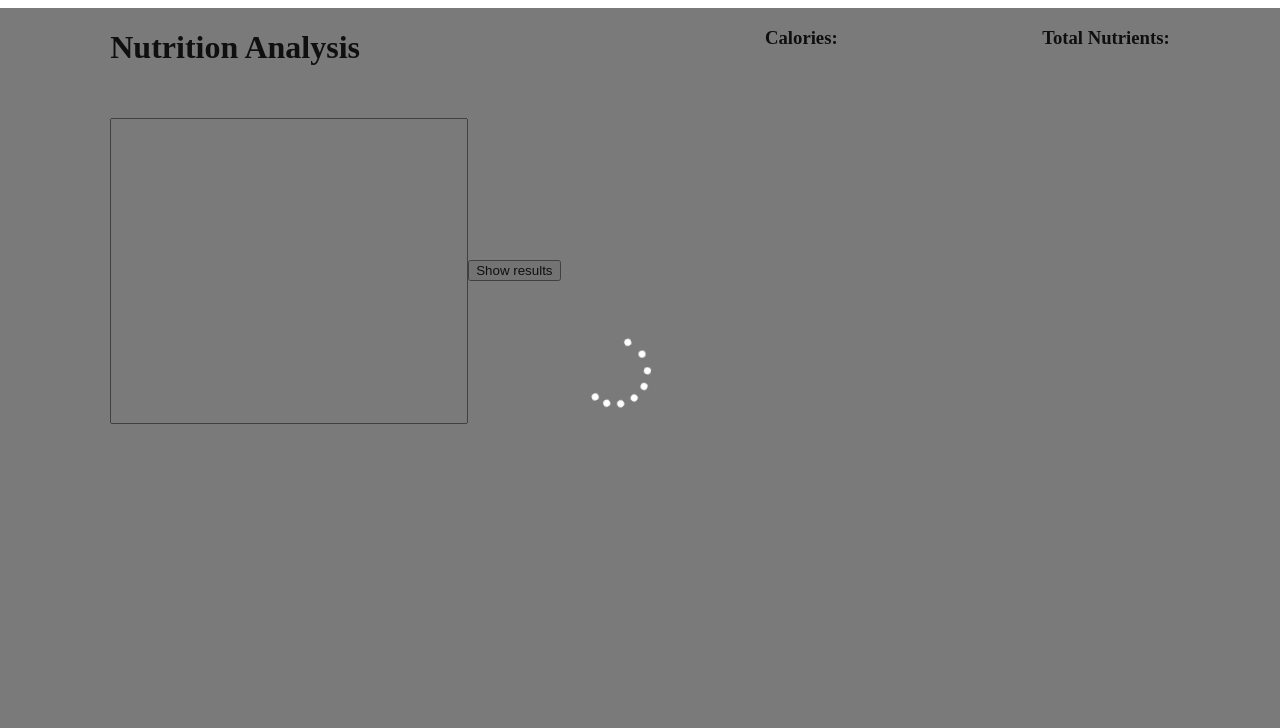
Repository: asya-aisa/nutrition-app
Page: /
The author's editor kept a copy of each file at every save. The page is drawn from the files as they stood at one save, then again after a run of saves.
The browser window is 1280 px wide. The pictures show the whole page.
The page's requests for data from a server got no answer. The project was rebuilt for these pictures with package versions that can differ from the ones it lists, and the page was loaded fresh each time. No one was signed in, and anything a server would have sent is missing. Also part of the build but not shown: src/MyComponent.js.

Above is the page before, as saved 2023-09-25 20:41:30.

### src/App.js

import { useEffect, useState } from 'react';
import './App.css';
import MyComponent from './MyComponent';
import LoaderPage from './Loader/LoaderPage';

function App() {

  const [userText, setUserText] = useState({
    ingr: ["1 apple", "2 banana"]
  })

  const [bodyText, setBodyText] = useState({ingr: ["1 apple", "2 banana"]})
  const [nutrientsArray, setNutrientsArray] = useState([])
  const [caloriesState, setCaloriesState] = useState('')

  const [stateLoader, setStateLoader] = useState(false)

  useEffect(() => {
    const getNutrients = async () => {
      setStateLoader(true)

      const response = await fetch('https://api.edamam.com/api/nutrition-details?app_id=bce19124&app_key=%20d13039e09e0cad1255cc69b09c620945%09', {
        method: 'POST',
        headers: {
          'Content-Type': 'application/json;charset=utf-8'
        },
        body: JSON.stringify(bodyText)
      })
      const data = await response.json()
      setCaloriesState(data.calories)

      let nutrients = data.totalNutrients

      if(nutrients === undefined || nutrients === null) {
        alert('error')
        setStateLoader(false)
      }
      else{setNutrientsArray(Object.values(data.totalNutrients))
        setStateLoader(false)
      }
    }
    getNutrients()
  }, [bodyText])

  const handleInput = (e) => {
    setUserText({ingr: e.target.value.split(',')})
  }

  const changeBody = (e) => {
    e.preventDefault()
    setBodyText(userText)
  }

  return (
    <div className="App">
{stateLoader && <LoaderPage />}
      <form>
        <div>

        </div>
        <h1>Nutrition Analysis</h1>
        <input type='text' onChange={handleInput} />
        <button onClick={changeBody}>Show results</button>
      </form>
      <h3>Calories: {caloriesState}</h3>

      <div>
        <h3>Total Nutrients:</h3>
        {nutrientsArray.map((elem, index) => (
        <MyComponent
        key={index}
        label={elem.label}
        quantity={elem.quantity.toFixed()}
        unit={elem.unit}/>

        ))}

      </div>

    </div>
  );
}

export default App;

### src/App.css
.App {
  display: flex;
  justify-content: space-around;
}
ul, li {
  list-style: none;
  margin: 3px;
  padding: 0px;
}
input {
  margin-top: 30px;
  width: 350px;
  height: 300px;
}
.cont {
  display: flex;
  justify-content: center;
}

### src/Loader/LoaderPage.js
import './style.css';
import Loader from "./Loader"

const LoaderPage = () => {
    return(<div className="container_loader">
        <Loader />
    </div>)
}
export default LoaderPage;

### src/Loader/style.css
.container_loader {
    position: absolute;
    width: 100%;
    height: 100%;
    background-color: #1a1a1a94;
    }

    .lds-roller {
    position: absolute;
    top: 45%;
    left: 45%;
    }

    .lds-roller div {
    animation: lds-roller 1.2s cubic-bezier(0.5, 0, 0.5, 1) infinite;
    transform-origin: 40px 40px;
    }

    .lds-roller div:after {
    content: " ";
    display: block;
    position: absolute;
    width: 7px;
    height: 7px;
    border-radius: 50%;
    background: #fff;
    margin: -4px 0 0 -4px;
    z-index: 2;
    }

    .lds-roller div:nth-child(1) {
    animation-delay: -0.036s;
    }

    .lds-roller div:nth-child(1):after {
    top: 63px;
    left: 63px;
    }

    .lds-roller div:nth-child(2) {
    animation-delay: -0.072s;
    }

    .lds-roller div:nth-child(2):after {
    top: 68px;
    left: 56px;
    }

    .lds-roller div:nth-child(3) {
    animation-delay: -0.108s;
    }

    .lds-roller div:nth-child(3):after {
    top: 71px;
    left: 48px;
    }

    .lds-roller div:nth-child(4) {
    animation-delay: -0.144s;
    }

    .lds-roller div:nth-child(4):after {
    top: 72px;
    left: 40px;
    }

    .lds-roller div:nth-child(5) {
    animation-delay: -0.18s;
    }

    .lds-roller div:nth-child(5):after {
    top: 71px;
    left: 32px;
    }

    .lds-roller div:nth-child(6) {
    animation-delay: -0.216s;
    }

    .lds-roller div:nth-child(6):after {
    top: 68px;
    left: 24px;
    }

    .lds-roller div:nth-child(7) {
    animation-delay: -0.252s;
    }

    .lds-roller div:nth-child(7):after {
    top: 63px;
    left: 17px;
    }

    .lds-roller div:nth-child(8) {
    animation-delay: -0.288s;
    }

    .lds-roller div:nth-child(8):after {
    top: 56px;
    left: 12px;
    }

    @keyframes lds-roller {
    0% {
    transform: rotate(0deg);
    }

    100% {
    transform: rotate(360deg);
    }
    }

### src/Loader/Loader.js
import './style.css';
const Loader = () => {
    return(<div className="lds-roller">
        <div></div>
        <div></div>
        <div></div>
        <div></div>
        <div></div>
        <div></div>
        <div></div>
        <div></div>
    </div>)
}

export default Loader;

Loaded but not shown: public/index.html (common file); src/index.js (common file); src/reportWebVitals.js (common file)

After the next 5 saves:
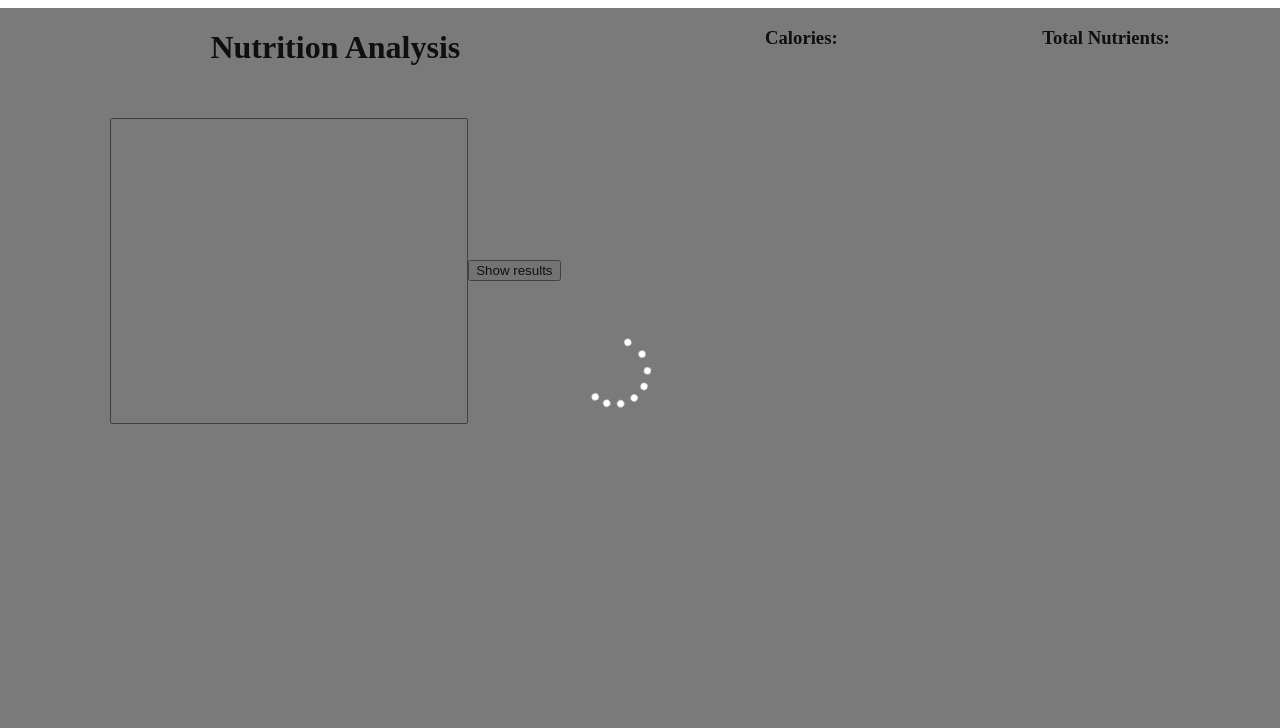
The 5 saves are shown as one change because they came seconds apart.
The last was saved 13 s later.
--- a/src/App.js
+++ b/src/App.js
@@ -56,10 +56,10 @@ function App() {
     <div className="App">
 {stateLoader && <LoaderPage />}
       <form>
-        <div>
+        <div className='cont'>
+          <h1>Nutrition Analysis</h1>
+        </div>
 
-        </div>
-        <h1>Nutrition Analysis</h1>
         <input type='text' onChange={handleInput} />
         <button onClick={changeBody}>Show results</button>
       </form>
